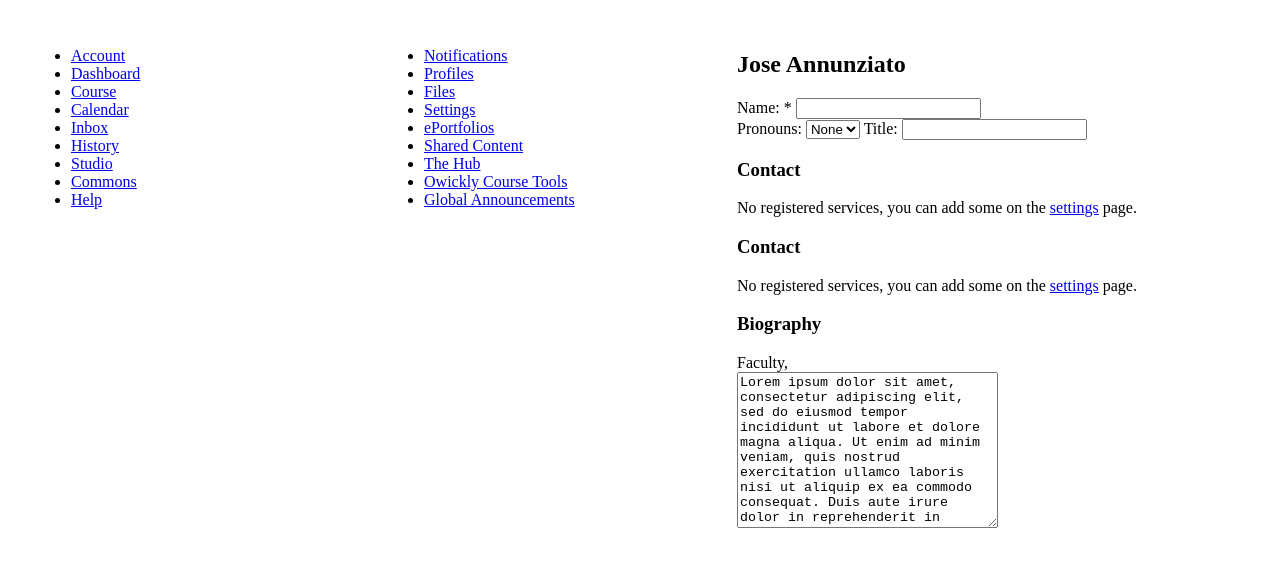
Repository: yuqiant/kanbas-react-web-app
Page: public/kanbas/profile/edit.html
An editor plug-in stored every save of this project. The page is shown before and after the next save, followed by the edit.
The browser window is 1280 px wide. The pictures show the whole page.

Above is the page before, as saved 2023-09-14 21:39:10.

### public/kanbas/profile/edit.html
<!DOCTYPE html>
<html lang="en">

<head>
    <meta charset="UTF-8">
    <meta name="viewport" content="width=device-width, initial-scale=1.0">
    <title>Column Interaction</title>
    <style>
        table {
            width: 100%;

        }

        td {
            width: 50%;
            border: 1px solid transparent;
            padding: 20px;
            vertical-align: top;
        }
    </style>
</head>

<body>
    <table>
        <tr>
            <td id="firstColumn" style="width: 150px;">
                <ul>
                    <li><a href="#">Account</a></li>
                    <li><a href="#">Dashboard</a></li>
                    <li><a href="#">Course</a></li>
                    <li><a href="#">Calendar</a></li>
                    <li><a href="#">Inbox</a></li>
                    <li><a href="#">History</a></li>
                    <li><a href="#">Studio</a></li>
                    <li><a href="#">Commons</a></li>
                    <li><a href="#">Help</a></li>
                </ul>
            </td>
            <td id="secondColumn" style="width: 150px;">
                <ul>
                    <li><a href="#">Notifications</a></li>
                    <li><a href="#">Profiles</a></li>
                    <li><a href="#">Files</a></li>
                    <li><a href="#">Settings</a></li>
                    <li><a href="#">ePortfolios</a></li>
                    <li><a href="#">Shared Content</a></li>
                    <li><a href="#">The Hub</a></li>
                    <li><a href="#">Owickly Course Tools</a></li>
                    <li><a href="#">Global Announcements</a></li>

                </ul>
            </td>
            <td id="thirdColumn" style="width: 250px;">
                <h2>Jose Annunziato</h2>

                <form id="text-fields">

                    <label for="text-fields-name">Name: *</label>
                    <input type="text" id="text-fields-name" /><br />
                    <label for="text-fields-pronouns">Pronouns:</label>
                    <select id="select-one-genre">
                        <option value="none">None</option>
                    </select>

                    <label for="text-fields-title">Title:</label>
                    <input type="text" id="text-fields-title" /><br />

                </form>

                <h3>Contact</h3>
                <div>No registered services, you can add some on the <a href="#">settings</a> page.</div>

                <h3>Contact</h3>
                <div>No registered services, you can add some on the <a href="#">settings</a> page.</div>

                <h3>Biography</h3>

                <form id="textarea">
                    <label>Faculty, </label><br />
                    <textarea cols="30"
                        rows="10">Lorem ipsum dolor sit amet, consectetur adipiscing elit, sed do eiusmod tempor incididunt ut labore et dolore magna aliqua. Ut enim ad minim veniam, quis nostrud exercitation ullamco laboris nisi ut aliquip ex ea commodo consequat. Duis aute irure dolor in reprehenderit in voluptate velit esse cillum dolore eu fugiat nulla pariatur. Excepteur sint occaecat cupidatat non proident, sunt in culpa qui officia deserunt mollit anim id est laborum.</textarea>
                </form>





            </td>

        </tr>
    </table>

</body>

</html>

After the next save:
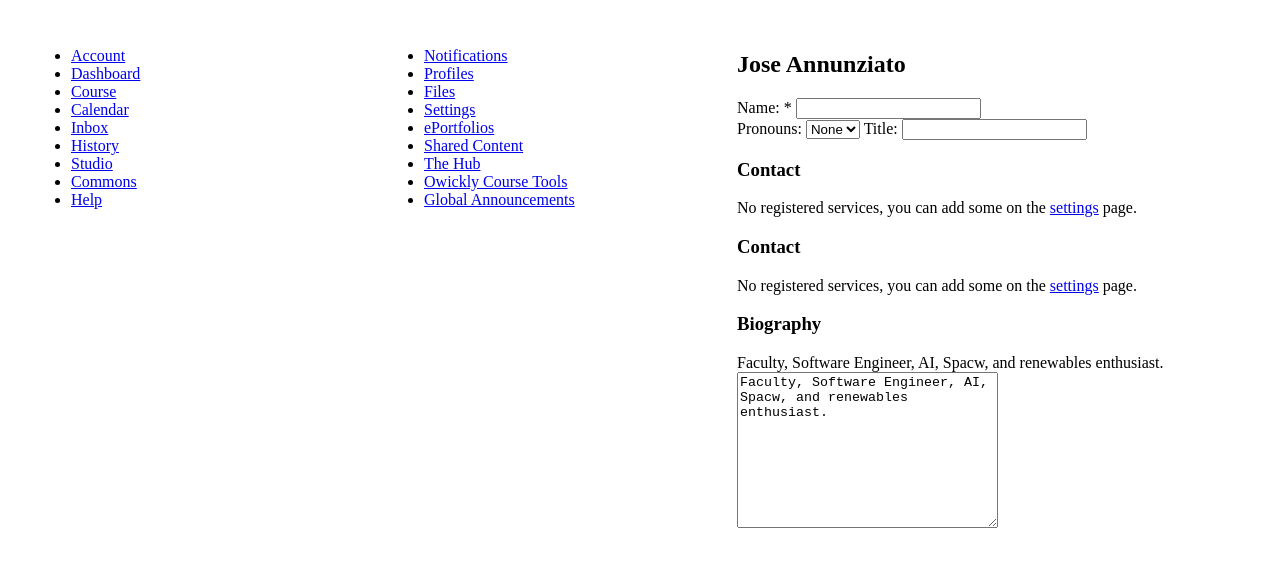
Saved 36 s later.
--- a/public/kanbas/profile/edit.html
+++ b/public/kanbas/profile/edit.html
@@ -76,9 +76,9 @@
                 <h3>Biography</h3>
 
                 <form id="textarea">
-                    <label>Faculty, </label><br />
+                    <label>Faculty, Software Engineer, AI, Spacw, and renewables enthusiast.</label><br />
                     <textarea cols="30"
-                        rows="10">Lorem ipsum dolor sit amet, consectetur adipiscing elit, sed do eiusmod tempor incididunt ut labore et dolore magna aliqua. Ut enim ad minim veniam, quis nostrud exercitation ullamco laboris nisi ut aliquip ex ea commodo consequat. Duis aute irure dolor in reprehenderit in voluptate velit esse cillum dolore eu fugiat nulla pariatur. Excepteur sint occaecat cupidatat non proident, sunt in culpa qui officia deserunt mollit anim id est laborum.</textarea>
+                        rows="10">Faculty, Software Engineer, AI, Spacw, and renewables enthusiast.</textarea>
                 </form>
 
 
